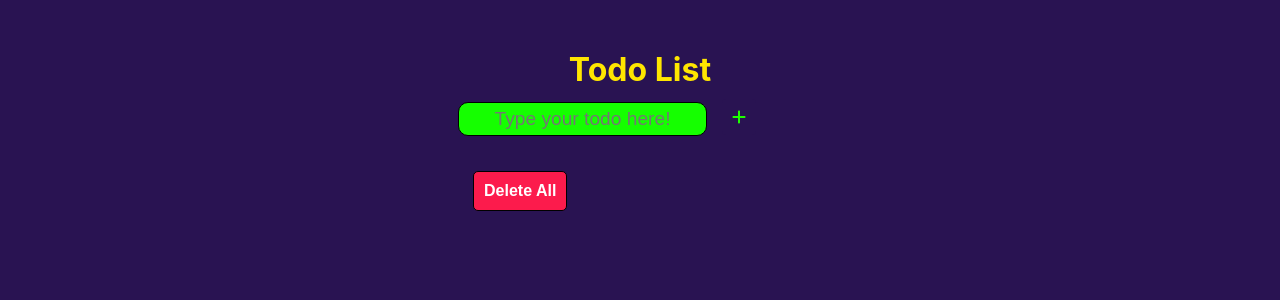
Repository: badhon252/todo-app
Page: /
These files come from the project's save history. The page is drawn as it stood at one moment and after a run of saves; the edit follows.
The browser window is 1280 px wide. The pictures show the whole page.
The project was rebuilt for these pictures with package versions that can differ from the ones it lists, and the page was loaded fresh each time.

Above is the page before, as saved 2022-01-26 22:52:45.

### public/index.html
<!DOCTYPE html>
<html lang="en">

<head>
  <meta charset="utf-8" />
  <link rel="icon" href="%PUBLIC_URL%/favicon.ico" />
  <meta name="viewport" content="width=device-width, initial-scale=1" />
  <meta name="theme-color" content="#000000" />
  <meta name="description" content="Web site created using create-react-app" />
  <link rel="apple-touch-icon" href="%PUBLIC_URL%/logo192.png" />

  <link rel="manifest" href="%PUBLIC_URL%/manifest.json" />

  <link rel="stylesheet" href="https://cdnjs.cloudflare.com/ajax/libs/font-awesome/5.15.4/css/all.min.css"
    integrity="sha512-1ycn6IcaQQ40/MKBW2W4Rhis/DbILU74C1vSrLJxCq57o941Ym01SwNsOMqvEBFlcgUa6xLiPY/NS5R+E6ztJQ=="
    crossorigin="anonymous" referrerpolicy="no-referrer" />
  <title>React App</title>
</head>

<body>
  <noscript>You need to enable JavaScript to run this app.</noscript>
  <div id="root"></div>
  <!--
      This HTML file is a template.
      If you open it directly in the browser, you will see an empty page.

      You can add webfonts, meta tags, or analytics to this file.
      The build step will place the bundled scripts into the <body> tag.

      To begin the development, run `npm start` or `yarn start`.
      To create a production bundle, use `npm run build` or `yarn build`.
    -->
</body>

</html>

### src/App.js
import Todo from "./components/Todo";

function App() {
  return (
    <div className="App">
      <Todo />
    </div>
  );
}

export default App;

### src/components/Todo.js
import React, { useState, useEffect } from "react";
import { FontAwesomeIcon } from "@fortawesome/react-fontawesome";
import {
  faPlus,
  faTrash,
  faEdit,
  faAdd,
} from "@fortawesome/free-solid-svg-icons";
import "../Styles/style.css";

const getLocalData = () => {
  const lists = localStorage.getItem("myTodoLists");

  if (lists) {
    return JSON.parse(lists);
  } else {
    return [];
  }
};

const Todo = () => {
  const [inputItems, setInputItems] = useState("");
  const [todo, setTodo] = useState(getLocalData());
  const [isEditItem, setIsEditItem] = useState("");
  const [toggleButton, setToggleButton] = useState(false);
  //   Adding Items ============
  const addItems = () => {
    if (!inputItems) {
      alert("Your input field is blank!!");
    } else if (inputItems && toggleButton) {
      setTodo(
        todo.map((curElem) => {
          if (curElem.id === isEditItem) {
            return { ...curElem, name: inputItems };
          }
          return curElem;
        })
      );
      setInputItems("");
      setIsEditItem(null);
      setToggleButton(false);
    } else {
      const myNewInput = {
        id: new Date().getTime().toString(),
        name: inputItems,
      };
      setTodo((e) => [...todo, myNewInput]);
      setInputItems("");
    }
  };

  //   edit items =======
  const editItem = (index) => {
    const itemTodoEdited = todo.find((curElem) => {
      return curElem.id === index;
    });
    setInputItems(itemTodoEdited.name);
    setIsEditItem(index);
    setToggleButton(true);
  };

  //   Deleting items ==========

  const handleDelete = (index) => {
    const updateItems = todo.filter((current) => {
      return current.id !== index;
    });
    setTodo(updateItems);
  };

  useEffect(() => {
    localStorage.setItem("myTodoLists", JSON.stringify(todo));
  }, [todo]);

  return (
    <div className="main-div">
      <h1>Todo List</h1>
      <div className="inputs">
        <input
          type="text"
          name=""
          id="input-box"
          placeholder="Type your todo here!"
          value={inputItems}
          onChange={(e) => setInputItems(e.target.value)}
        />
        {toggleButton ? (
          <FontAwesomeIcon
            icon={faEdit}
            size="6x"
            className="add-btn edit"
            onClick={addItems}
          />
        ) : (
          <FontAwesomeIcon
            icon={faAdd}
            className="add-btn"
            onClick={addItems}
          />
        )}

        {/* <button type="submit" className="add-btn" onClick={addItems}>
          Add
        </button> */}
      </div>
      {/* showing items =============== */}
      <div className="show-items">
        {todo.map((currentItems) => {
          return (
            <div key={currentItems.id}>
              <li className="todo-item">
                {currentItems.name}
                <FontAwesomeIcon
                  icon={faEdit}
                  className="icon edit"
                  onClick={() => editItem(currentItems.id)}
                />
                <FontAwesomeIcon
                  icon={faTrash}
                  className="icon delete"
                  onClick={() => handleDelete(currentItems.id)}
                />
              </li>
            </div>
          );
        })}
        <input
          type="button"
          value="Delete All"
          className="delete-all"
          onClick={() => setTodo([])}
        />
      </div>
    </div>
  );
};

export default Todo;

### src/Styles/style.css
* {
  margin: 0;
  padding: 0;
  background-color: #291352;
}

.main-div {
  padding-top: 50px;
  margin: auto;
  /* text-align: center; */
  width: 24rem;
}
h1 {
  color: #ffe600;
  text-align: center;
}
#input-box {
  color: #000000;
  padding: 5px 0;
  font-size: 1.2rem;
  border: 1px solid rgb(0, 0, 0);
  background-color: #15ff00;
  border-radius: 10px;
  text-align: center;
}
.inputs {
  margin: 10px;
}

.add-btn {
  padding: 10px;
  /* background-color: rgb(0, 225, 255); */
  color: rgb(30, 255, 0);
  /* border: 1px solid rgb(0, 0, 0); */
  font-weight: bolder;
  font-size: 1rem;
  border-radius: 4px;
  cursor: pointer;
  margin: 0 0 -8px 15px;
}

.icon {
  margin: 0 10px;
  border-radius: 5px;
  cursor: pointer;
  text-align: right;
  /* background-color: rgb(0, 255, 34); */
  /* color: rgb(0, 0, 0); */
  /* border: 1px solid black; */
  /* font-weight: 700; */
}

.todo-item {
  /* background-color: #5b0080; */
  padding: 5px;
  color: white;
  font-size: 20px;
  font-weight: 700;
}

.edit {
  color: rgb(0, 218, 0);
  margin-left: 15px;
}
.delete {
  color: red;
}

.delete-all {
  background-color: rgb(252, 27, 76);
  color: rgb(255, 255, 255);
  font-weight: 600;
  border: 1px solid black;
  border-radius: 5px;
  font-size: 1rem;
  padding: 10px;
  margin: 25px;
  cursor: pointer;
}
li {
  background-color: #5f00cc;
  margin: 2px;
}

Loaded but not shown: src/index.js (common file); src/index.css (common file); src/reportWebVitals.js (common file)

After the next 2 saves:
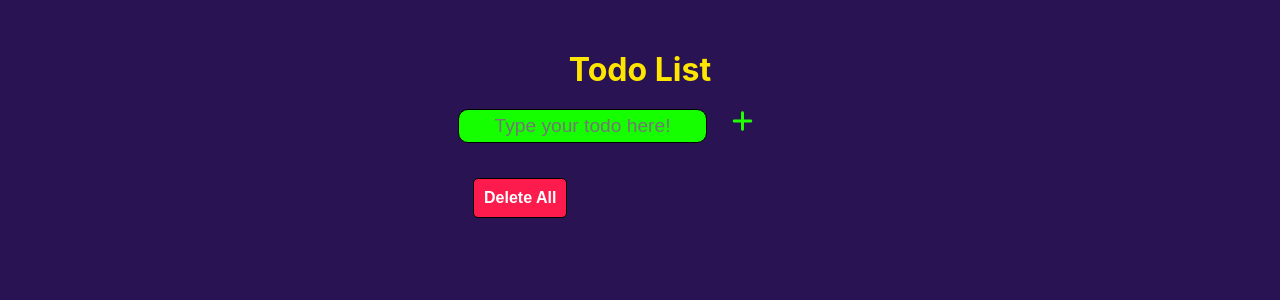
The 2 saves are shown as one change because they came seconds apart.
The last was saved 13 s later.
--- a/src/Styles/style.css
+++ b/src/Styles/style.css
@@ -33,7 +33,7 @@ h1 {
   color: rgb(30, 255, 0);
   /* border: 1px solid rgb(0, 0, 0); */
   font-weight: bolder;
-  font-size: 1rem;
+  font-size: 1.5rem;
   border-radius: 4px;
   cursor: pointer;
   margin: 0 0 -8px 15px;
